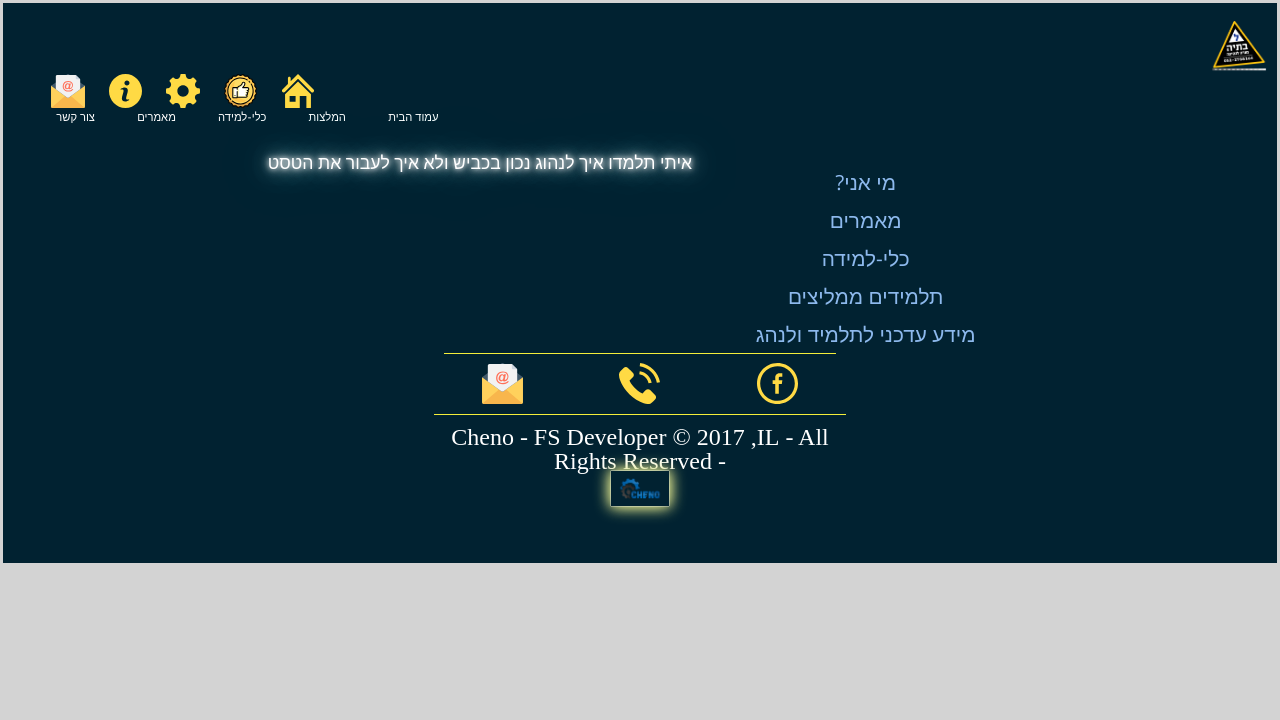
Repository: ChenGinsberg/BatyaLamed-site
Page: tools.html
The author's editor kept a copy of each file at every save. The page is drawn from the files as they stood at one save, then again after the next save.
The browser window is 1280 px wide. The pictures show the whole page.
Some web libraries are served in a nearby version.

Above is the page before, as saved 2017-11-15 13:51:28.

After the next save:
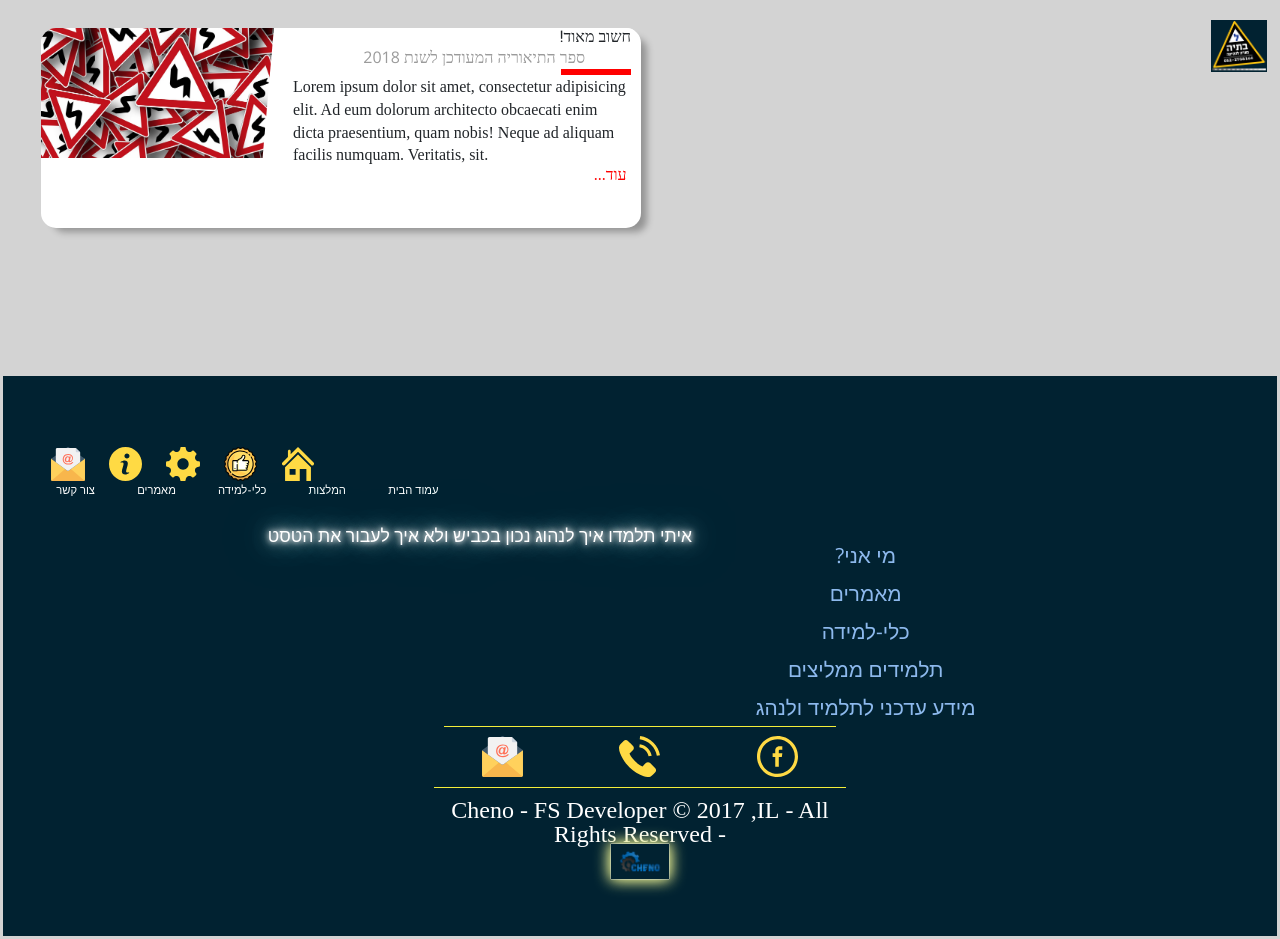
Saved 2 min 7 s later.
--- a/tools.html
+++ b/tools.html
@@ -24,6 +24,18 @@
     <link rel="stylesheet" type="text/css" href="style/infoBox.css">
     <link rel="stylesheet" type="text/css" href="style/footer.css">
 </head>
+<!-- TOOLS  -->
+<div class="blog-card">
+    <div class="photo photo1"></div>
+    <div class="description">
+        <span class="infoBox_header">חשוב מאוד!
+        </span>
+        <h2>ספר התיאוריה המעודכן לשנת 2018</h2>
+        <p class="summary">Lorem ipsum dolor sit amet, consectetur adipisicing elit. Ad eum dolorum architecto obcaecati enim dicta praesentium,
+            quam nobis! Neque ad aliquam facilis numquam. Veritatis, sit.</p>
+        <a href="#">...עוד</a>
+    </div>
+</div>
 
 <body lang="rtl">
     <!-- nav-bar -->
